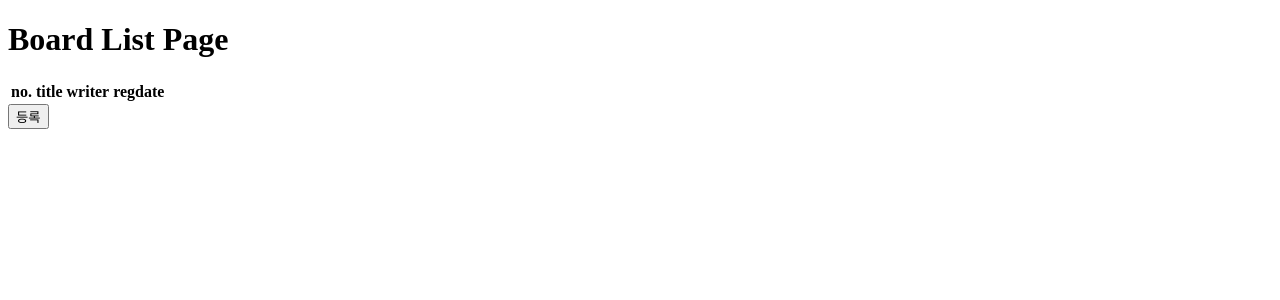
Repository: Umc404/jsp
Page: http://localhost/jsp_study/brd/list
These files come from the project's save history. The page is drawn as it stood at one moment and after the next save; the edit follows.
The browser window is 1280 px wide. The pictures show the whole page.
The page is served by Tomcat 9. Queries for data that is not in the repository find no rows.

Above is the page before, as saved 2024-10-23 08:10:57.

After the next save:
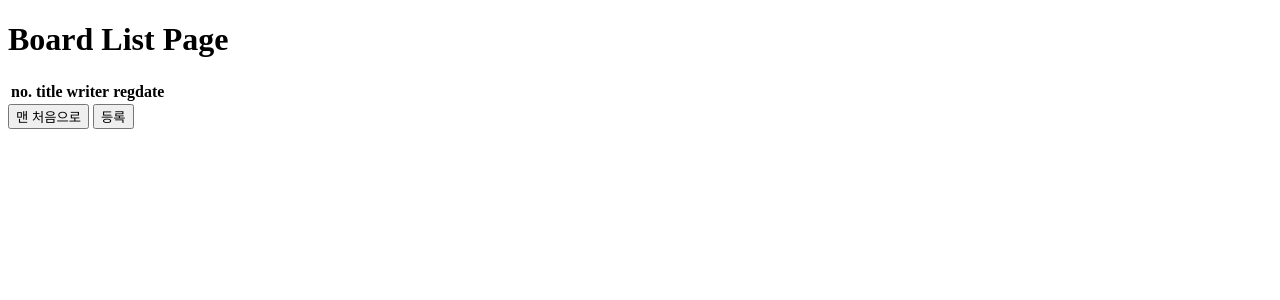
Saved 55 s later.
--- a/jsp_study/src/main/webapp/board/list.jsp
+++ b/jsp_study/src/main/webapp/board/list.jsp
@@ -29,6 +29,7 @@
 			</c:forEach>
 		</tbody>
 	</table>
+	<a href="../"><button type="button">맨 처음으로</button></a>
 	<a href="/brd/register"><button type="button">등록</button></a>
 </body>
 </html>
